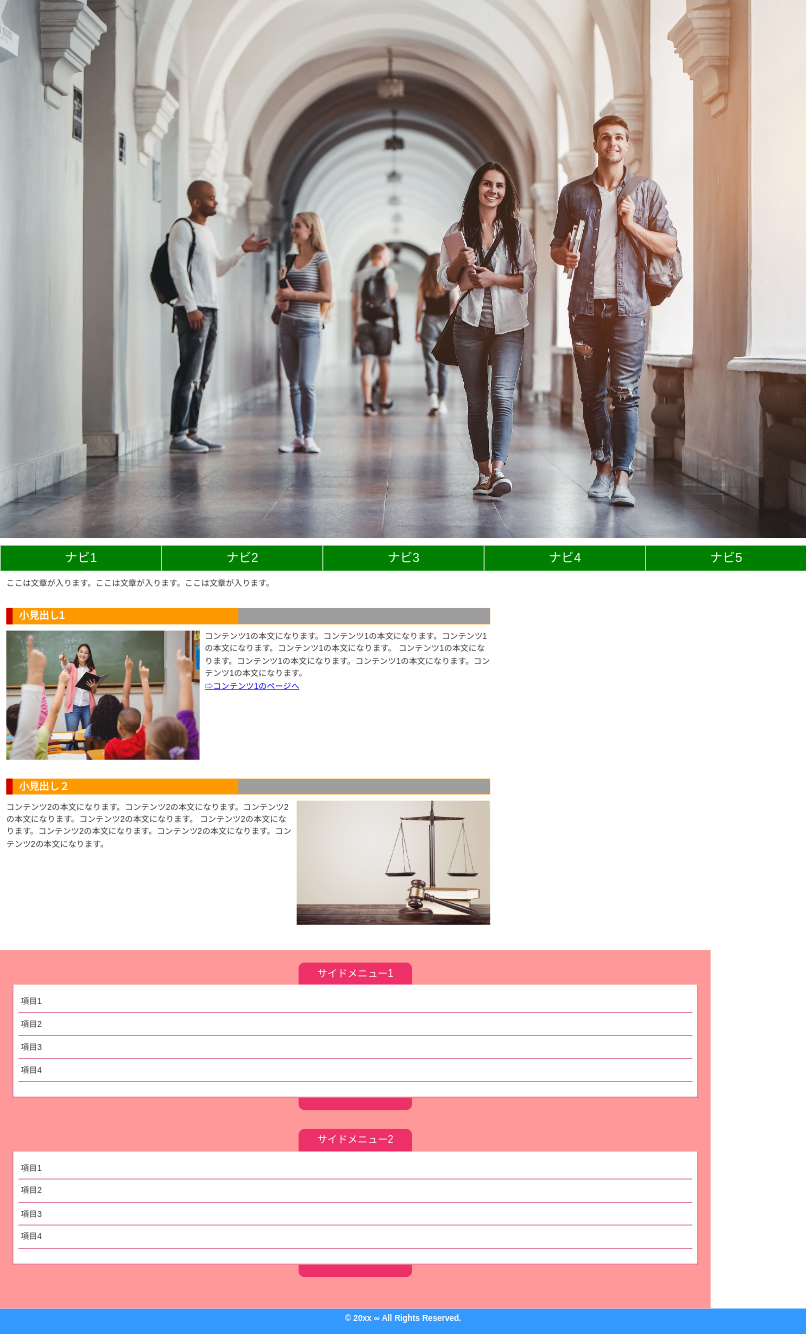
Repository: YOSHIYUKI-FITNESS/samurai_HTML-CSS
Page: home.html
The author's editor kept a record of every edit. The page is drawn from the files as they stood at one moment, then again after the next edit.
The browser window is 1280 px wide. The pictures show the whole page, at 63% of full size.
Pictures or frames that could not be fetched are drawn as grey boxes.

Above is the page before.

After the next edit:
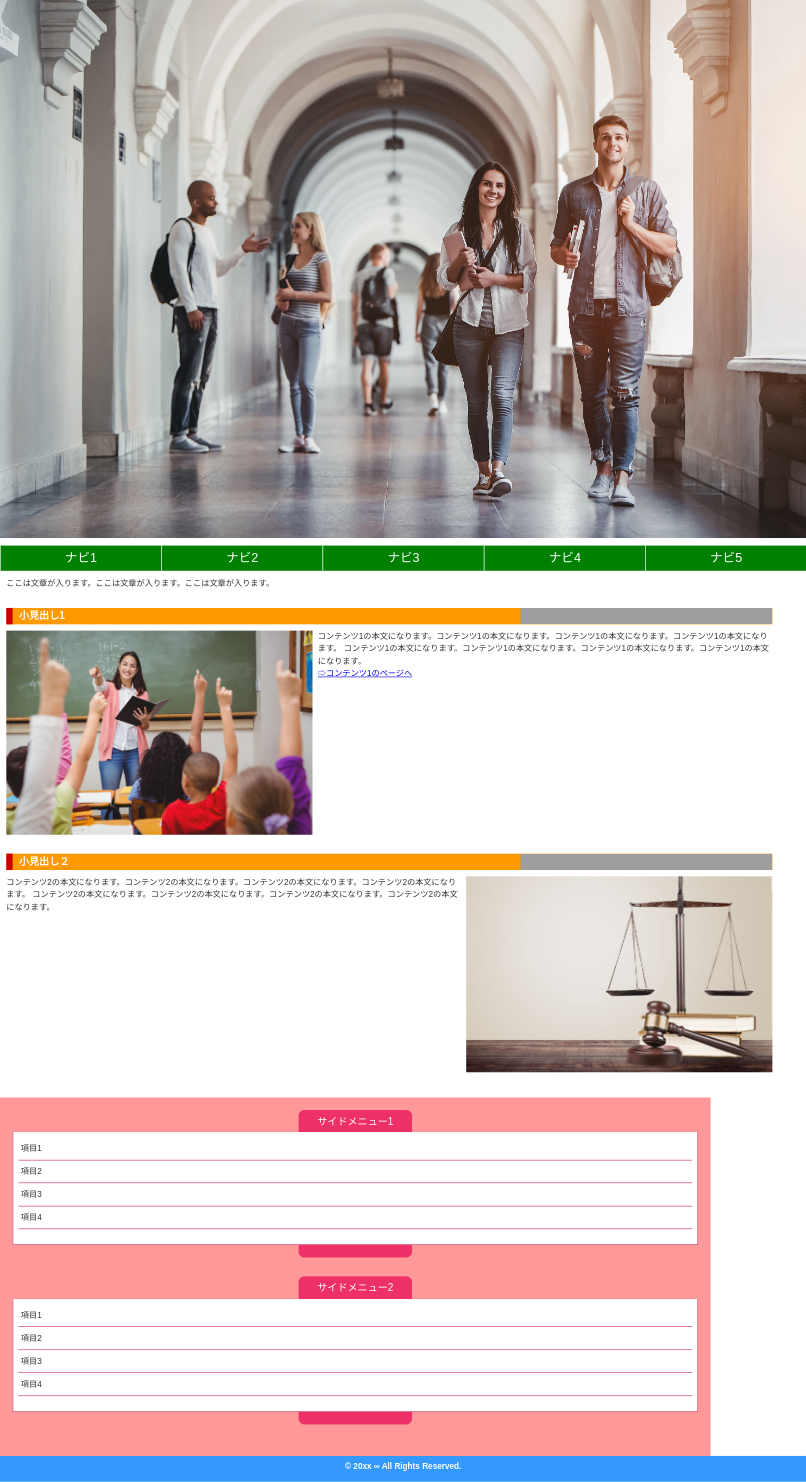
The edit:
--- a/stylesheet.css
+++ b/stylesheet.css
@@ -87,7 +87,7 @@
 }
 /*main*/
 #main{
-    width: 60%;
+    width: 95%;
     padding: 10px 30px 10px 10px;
 }
 #main h2{
